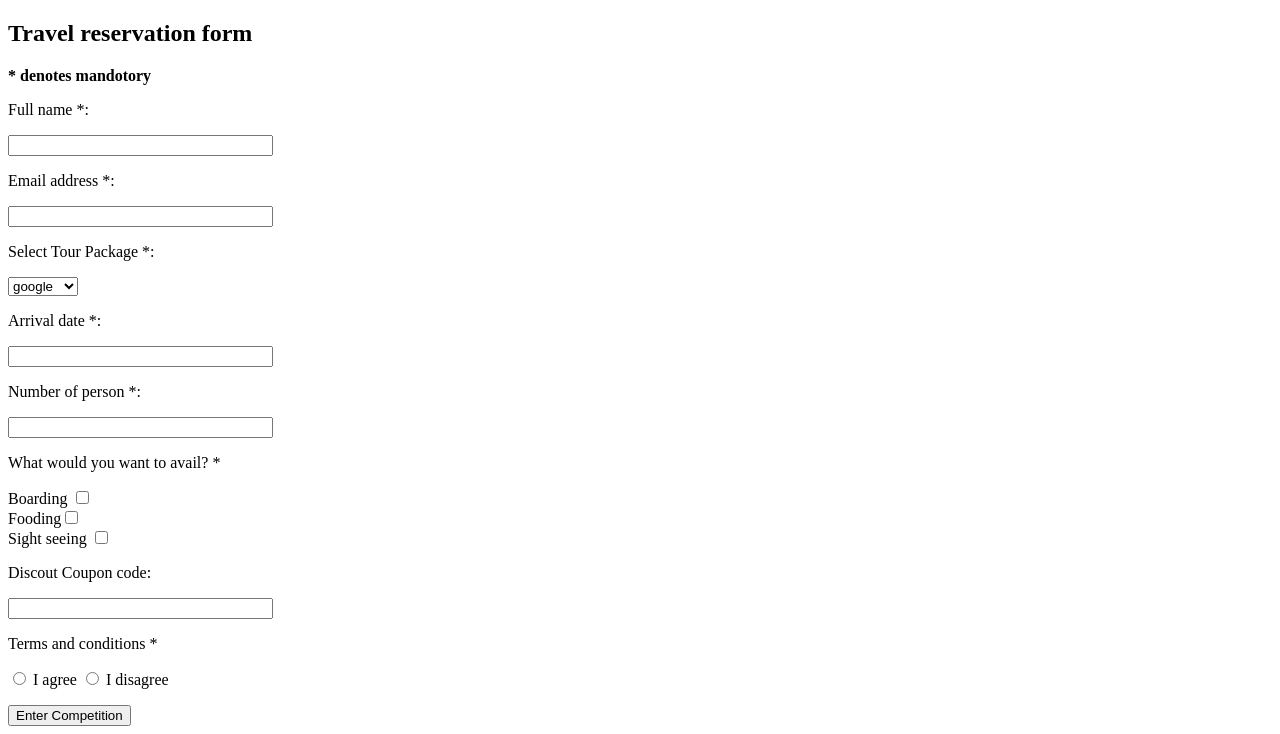
Repository: PhamChiXuan1/HTCNW_tuan3_DHCNTT16C_PhamChiXuan_20030131
Page: bt15.html
These files come from the project's save history. The page is drawn as it stood at one moment and after the next save; the edit follows.
The browser window is 1280 px wide. The pictures show the whole page.

Above is the page before, as saved 2022-02-27 23:57:21.

After the next save:
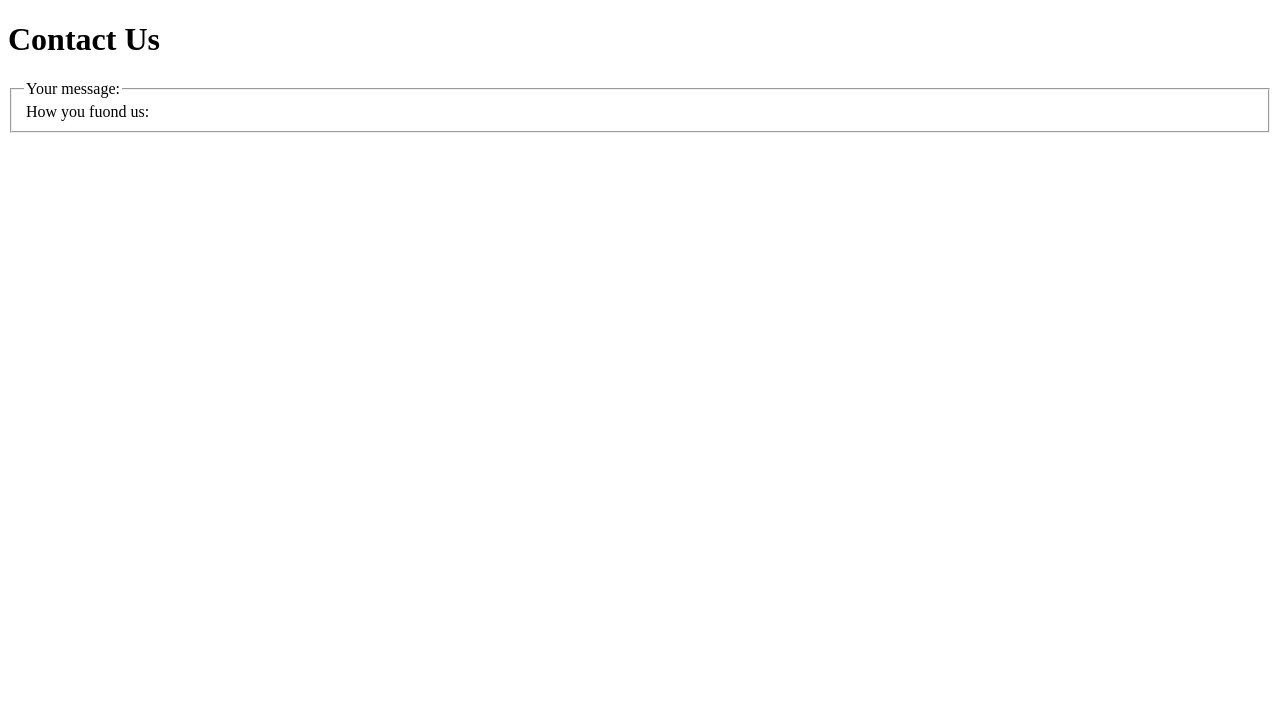
Saved 11 h 30 min later.
--- a/bt15.html
+++ b/bt15.html
@@ -7,61 +7,10 @@
     <title>Document</title>
 </head>
 <body>
-    <h2> Travel reservation form </h2>
-    <b>&ast; denotes mandotory </b>
-    <p>Full name &ast;:
-        <form action="#">
-             <input type="text" size="30" /><br />
-        </form>
-    </p>
-    <p>Email address &ast;:
-        <form action="#">
-             <input type="text" size="30" /><br />
-        </form>
-    </p>
-    <p>Select Tour Package &ast;:
-        <form action="#">
-            <select>
-                <option value="0">google </option>
-                <option value="34">youtube</option>
-                <option value="46">sapa </option>
-                <option value="68">viettel</option>
-
-             </select>
-
-        </form>
-    </p>
-    <P> Arrival date &ast;:
-        <form action="#">
-            <input type="text" size="30" /><br />
-       </form>
-
-    </P>
-    <p>Number of person &ast;:
-        <form action="#">
-            <input type="text" size="30" /><br />
-       </form>
-    </p>
-    <p>What would you want to avail? &ast;
-        <form>
-            Boarding <input type="checkbox" name="sport" value="Bóng đá">
-           <br> Fooding<input type="checkbox" name="sport" value="Bơi lội">
-           <br> Sight seeing <input type="checkbox" name="sport" value="Điền kinh">
-            </form>
-    </p>
-    <P>Discout Coupon code:
-        <form action="#">
-            <input type="text" size="30" /><br />
-       </form>
-    </P>
-    <P>Terms and conditions &ast;
-        <form>
-            <input name="gender" type="radio" value="I agree " /> I agree
-            <input name="gender" type="radio" value="I disagree" /> I disagree
-            </form>
-    </P>
-    <input type="submit" value="Enter Competition"> <br>
-
-
+    <H1>Contact Us</H1>
+    <fieldset>
+        <legend>Your message:</legend>
+        <legend>How you fuond us:</legend>
+    </fieldset>
 </body>
 </html>
